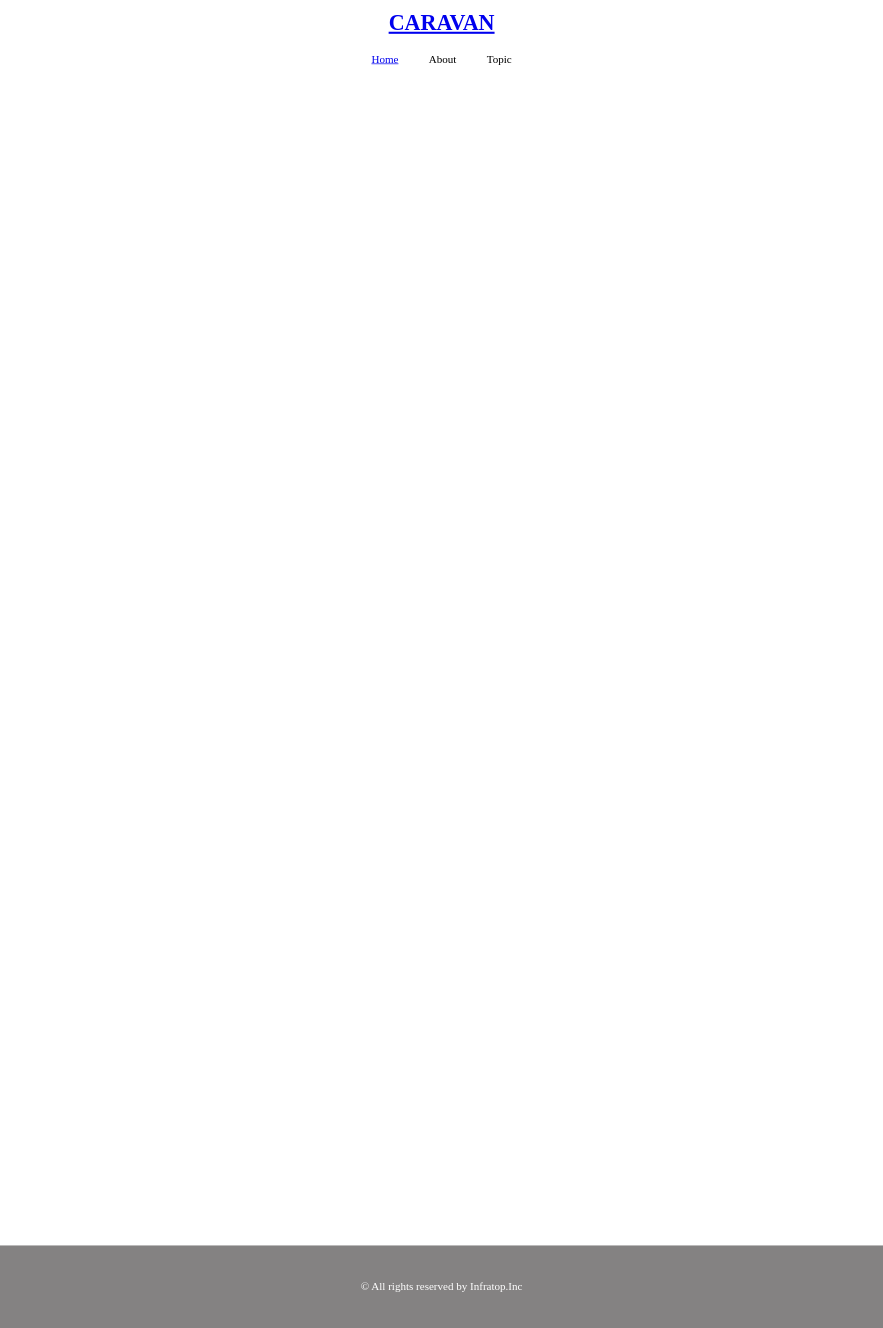
Repository: ego-boosting/html-practice1
Page: caravan/index.html
The author's editor kept a record of every edit. The page is drawn from the files as they stood at one moment, then again after the next edit.
The browser window is 1280 px wide. The pictures show the whole page, at 69% of full size.

Above is the page before.

### caravan/index.html
<!DOCTYPE html>
<html lang="ja">

  <head>
    <meta charset="UTF-8" />
    <link rel="stylesheet" href="style.css" />
    <title>CARAVAN</title>
  </head>

  <body>

    <header>
      <h1 class="heading">
        <a href ="index.html">
          CARAVAN
        </a>

      </h1>
    </header>

    <nav>

      <ul class="nav-list">
        <li class="nav-list-item">
          <a href="index.html">Home</a>
        </li>
        <li class="nav-list-item">About</li>
        <li class="nav-list-item">Topic</li>

      </ul>

    </nav>


    <div class="main-visual">
      <div class="main-visual-content"></div>
    </div>


    <div class="main">
      <div class="blog"></div>
      <div class="sidebar"></div>

    </div>

    <footer>
      <p class="footer-text">© All rights reserved by Infratop.Inc️</p>
    </footer>
  </body>
</html>

### caravan/style.css
* {
  margin: 0;
  padding: 0;
  box-sizing: border-box;
}

header{
  width:90%;
  padding:15px 0;
  margin:0 auto;
  text-align:center;
}

header.heading{
  font-size:32px;
}

.nav-list{
  text-align:center;
  padding:10px 0;
  margin:0 auto;
}

.nav-list-item{
  list-style:none;
  display:inline-block;
  margin:0 20px;
}

.main-visual {
  width: 100%;
  height: 300px;
}

.main-visual-content {
  width: 350px;
  height: 300px;
}

.main {
  width: 840px;
  display: flex;
  justify-content: center;
  margin:0 auto;
}

.blog {
  width: 600px;
  height: 1400px;
}

.sidebar {
  width: 240px;
  height: 1400px;
}

footer{
  width:100%;
  height:120px;
  text-align:center;
  line-height:120px;
  background-color:#848282;
}

.footer-text{
  color:#fff;
}

After the next edit:
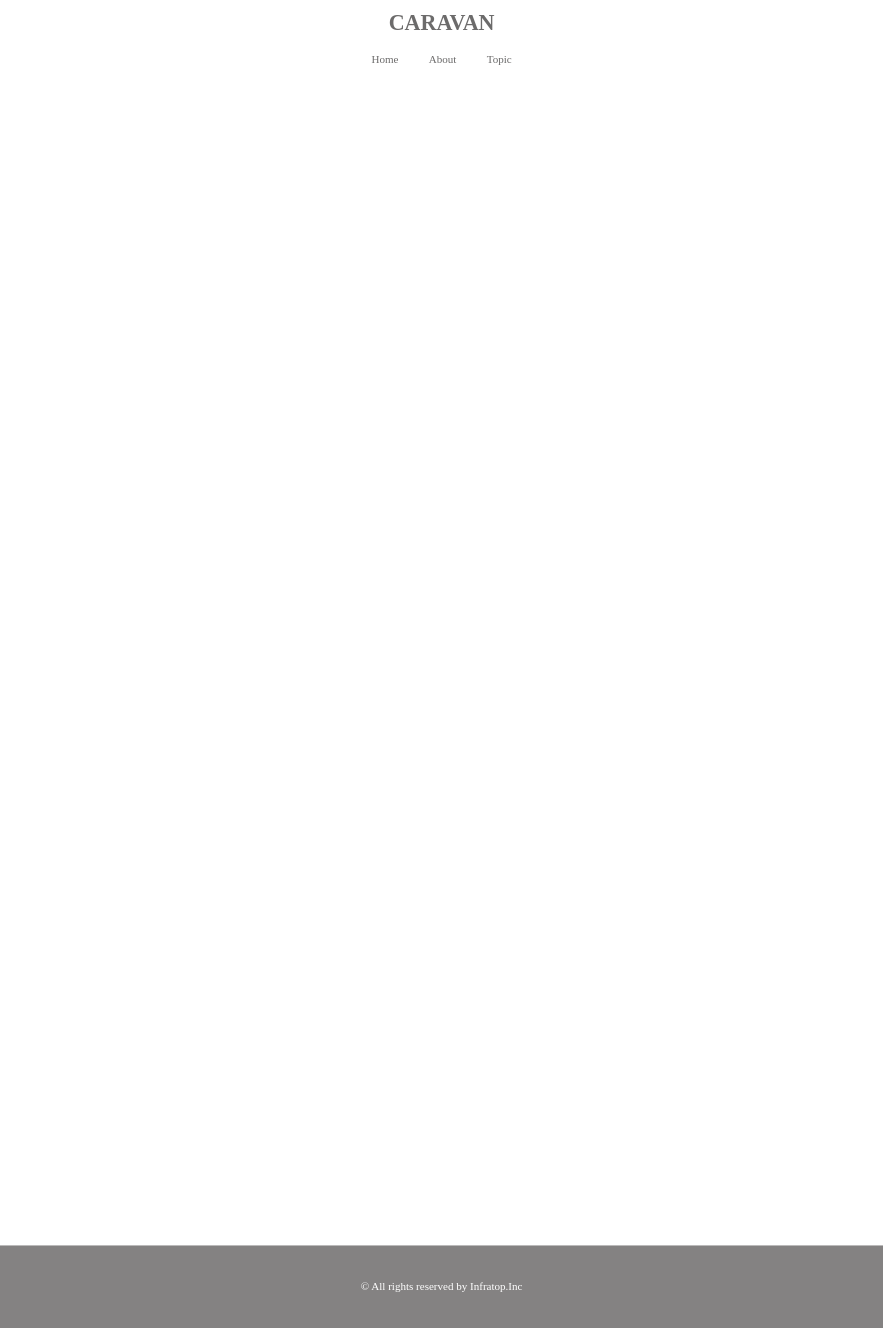
The edit:
--- a/caravan/style.css
+++ b/caravan/style.css
@@ -2,6 +2,11 @@
   margin: 0;
   padding: 0;
   box-sizing: border-box;
+  color:#6c6b6b;
+}
+
+a{
+  text-decoration:none;
 }
 
 header{
